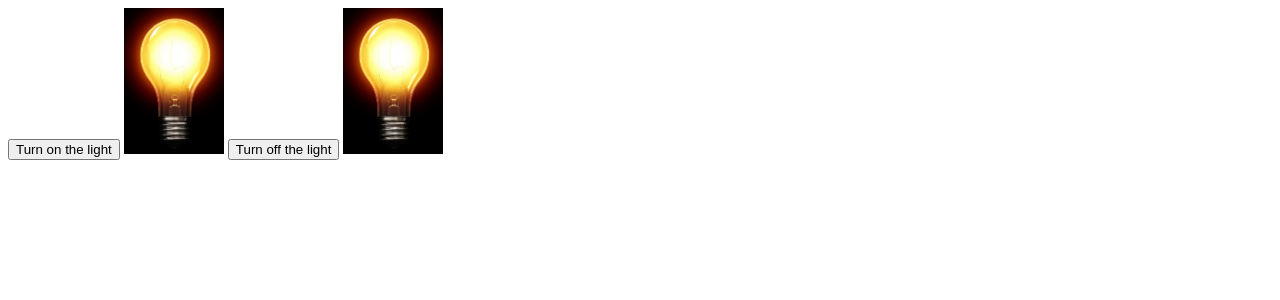
Repository: pothupreethi/Javascript
Page: javaScript/js-assignments/assignment-3/index.html
The author's editor kept a record of every edit. The page is drawn from the files as they stood at one moment, then again after the next edit.
The browser window is 1280 px wide. The pictures show the whole page.

Above is the page before.

### javaScript/js-assignments/assignment-3/index.html
<!DOCTYPE html>
<html lang="en">

  <head>
    <meta charset="utf-8" />
    <meta name="viewport" content="width=device-width, initial-scale=1, shrink-to-fit=no" />
    <meta http-equiv="X-UA-Compatible" content="ie=edge" />
    <title>Bulb App</title>
    <link rel="stylesheet" href="index.css" />
    <script src="index.js"></script>
  </head>

  <body id="console-root">
    <script src="https://tap.ibhubs.in/utils/console.js"></script>
    <button onclick="document.getElementById('myImage').src='assets/on.png'">Turn on the light</button>

    <img id="myImage" src="assets/on.png" style="width:100px">
    <button onclick="document.getElementById('myImage1').src='assets/off.png'">Turn off the light</button>
    <img id="myImage1" src="assets/on.png" style="width:100px">
  </body>

</html>

### javaScript/js-assignments/assignment-3/index.css
function Turnon() {}

### javaScript/js-assignments/assignment-3/index.js
//Write your javascript logic here
function Turn_on() {
    document.getElementById('myImage').src = "assets/on.png"
}

function Turn_off() {
    document.getElementById('myImage').src = "assets/off.png"
}

After the next edit:
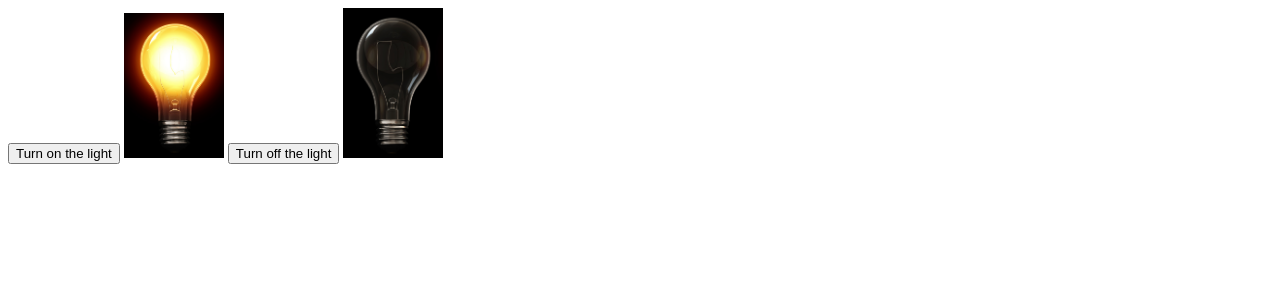
The edit:
--- a/javaScript/js-assignments/assignment-3/index.html
+++ b/javaScript/js-assignments/assignment-3/index.html
@@ -16,7 +16,7 @@
 
     <img id="myImage" src="assets/on.png" style="width:100px">
     <button onclick="document.getElementById('myImage1').src='assets/off.png'">Turn off the light</button>
-    <img id="myImage1" src="assets/on.png" style="width:100px">
+    <img id="myImage1" src="assets/off.png" style="width:100px">
   </body>
 
 </html>
